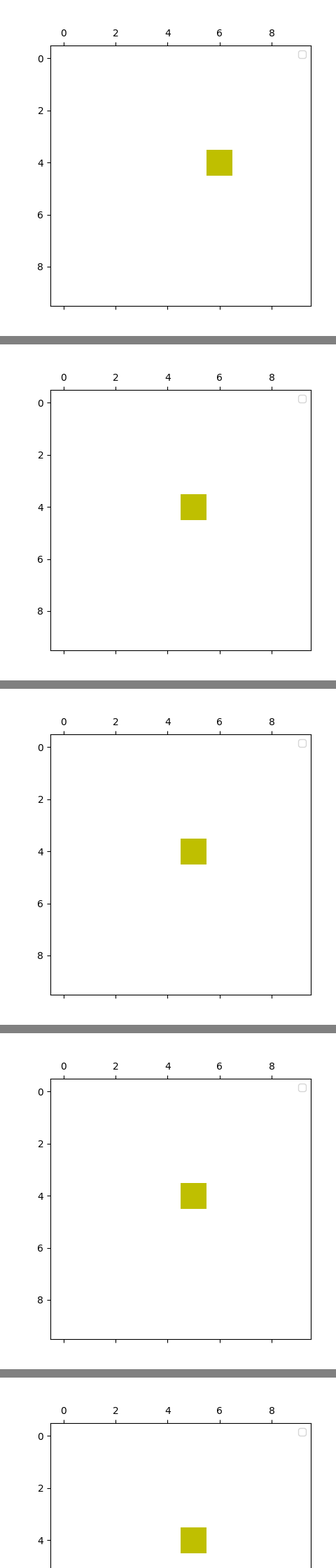
Repository: eduardodut/Trabalho_final_estatistica_cd
Script's output: python src/Simulador.py
An editor plug-in stored every save of this project. The script's output is shown before and after the next save, followed by the edit.
The pictures show rows 0 to 2240 of an output 3924 px tall, at 70% of full size.
Each picture stacks the figures in order, with grey between them; figures that are only written to a file come last. The script is stopped after its 8th figure. Random numbers start from a fixed seed.

Above is the script's output before, as saved 2020-07-10 19:44:28.

After the next save:
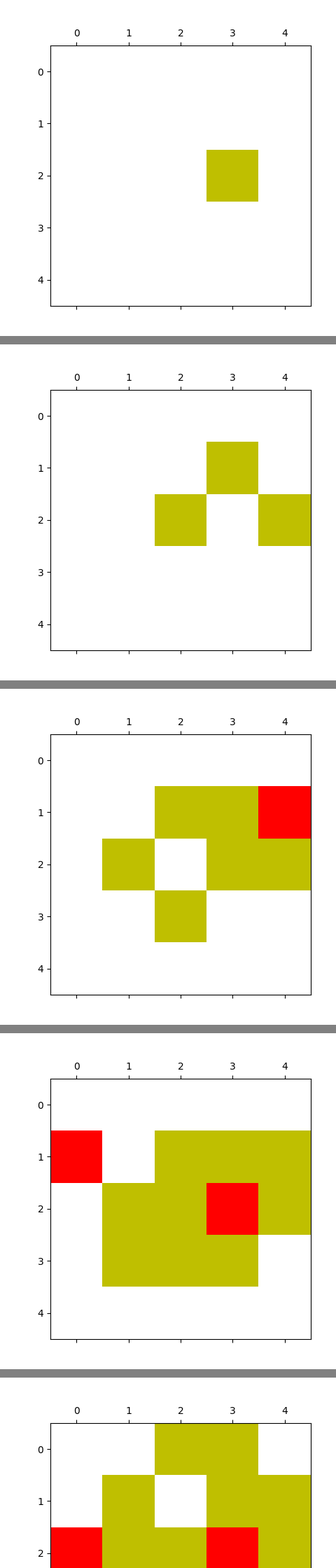
Saved 37 s later.
--- a/src/Simulador.py
+++ b/src/Simulador.py
@@ -304,7 +304,7 @@ percentual_inicial_tipo2 = 0.00
 
 
 sim = Simulador(
-    10,
+    5,
     percentual_inicial_tipo1,
     percentual_inicial_tipo2,
     chance_infeccao,
@@ -319,7 +319,7 @@ cmap = ListedColormap(['w', 'y', 'r', 'blue', 'black'])
 
 for i in range(12):
     plt.matshow(sim.lista_matrizes_posicionamento[i].toarray(), cmap = cmap, vmin= 0, vmax = 4)
-    plt.legend(['Sadio', 'T1', 'T2', 'Curado', 'Morto'])
+
     sim.iterar()
 
 plt.show();
